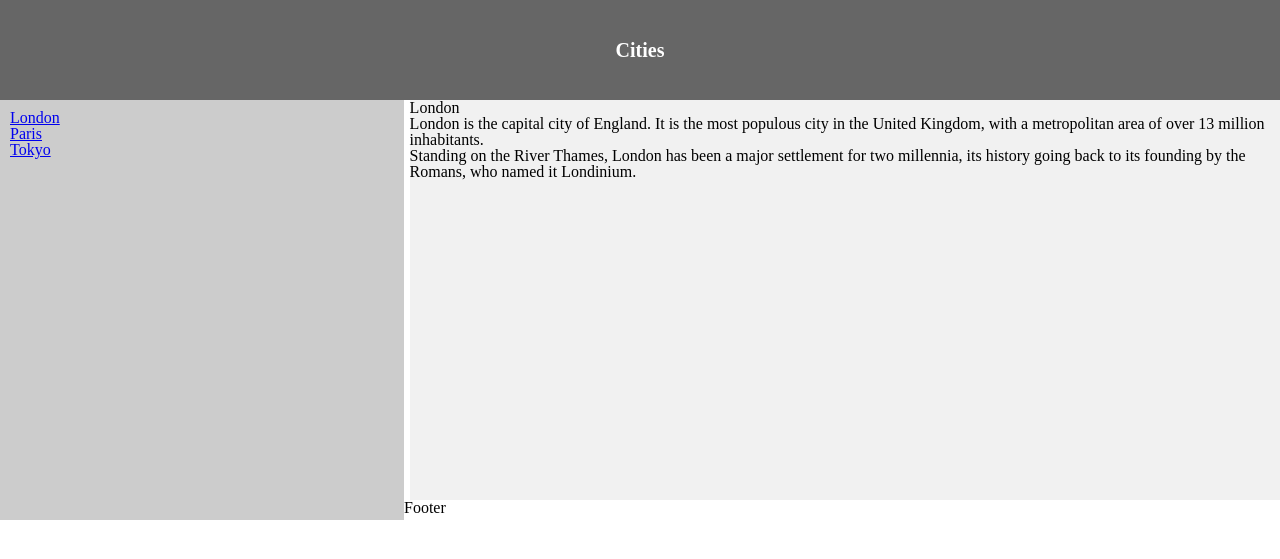
Repository: Tan-Khang21/TH_TKW--Buoi_06
Page: Bai_Tap_Tren_lop/Bai_01/LayoutCSS1.html
The author's editor kept a copy of each file at every save. The page is drawn from the files as they stood at one save, then again after the next save.
The browser window is 1280 px wide. The pictures show the whole page.

Above is the page before, as saved 2024-03-11 19:47:42.

After the next save:
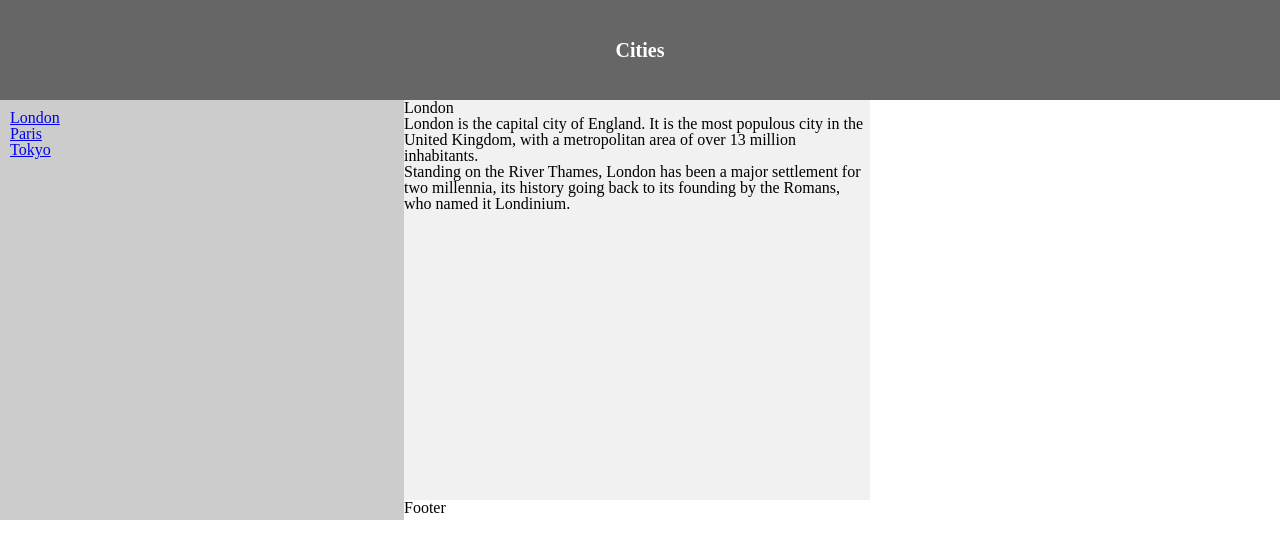
Saved 32 s later.
--- a/Bai_Tap_Tren_lop/Bai_01/style.css
+++ b/Bai_Tap_Tren_lop/Bai_01/style.css
@@ -24,5 +24,5 @@ body {
   width: 68%;
   height: 400px;
   background-color: #f1f1f1;
-  float: right;
+  clear: right;
 }
